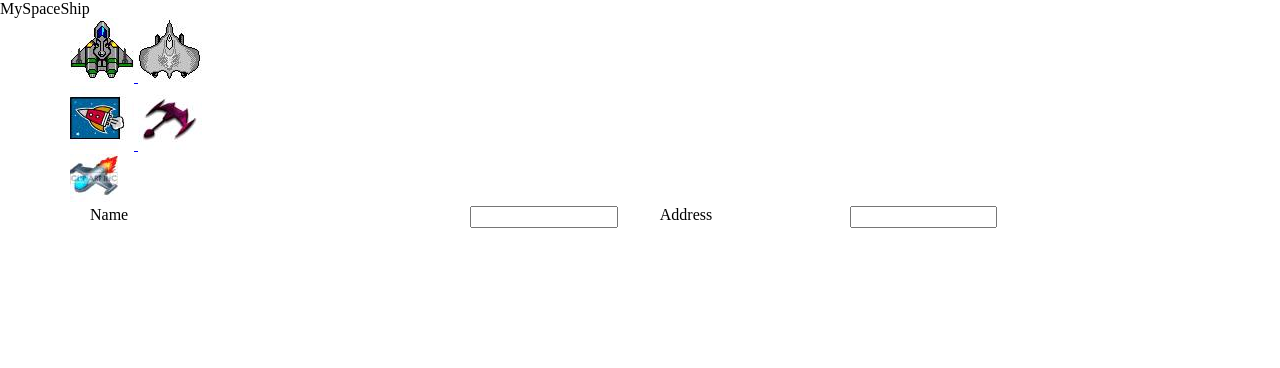
Repository: eudesf/MySpaceShip
Page: MySpaceShip/WebContent/Copy of formlayoutajax.html
An editor plug-in stored every save of this project. The page is shown before and after the next save, followed by the edit.
The browser window is 1280 px wide. The pictures show the whole page.

Above is the page before, as saved 2012-03-19 13:27:10.

### MySpaceShip/WebContent/Copy of formlayoutajax.html
<!DOCTYPE html>

<html>
	<head>
		<meta charset="UTF-8">

		<title>MySpaceShip</title>

		<!--[if lte IE 9]><link rel="stylesheet" href="css/ie.css" type="text/css" media="screen" /><![endif]-->
		<link rel="stylesheet" href="css/1140.css" type="text/css" media="screen" />
		<!-- <link rel="stylesheet" href="css/styles.css" type="text/css" media="screen" /> -->

		<script type="text/javascript" src="js/css3-mediaqueries.js"></script>

		<style>
			html{color:#000;background:#FFF;}body,div,dl,dt,dd,ul,ol,li,h1,h2,h3,h4,h5,h6,pre,code,form,fieldset,legend,input,textarea,p,blockquote,th,td{margin:0;padding:0;}table{border-collapse:collapse;border-spacing:0;}fieldset,img{border:0;}address,caption,cite,code,dfn,em,strong,th,var{font-style:normal;font-weight:normal;}li{list-style:none;}caption,th{text-align:left;}h1,h2,h3,h4,h5,h6{font-size:100%;font-weight:normal;}q:before,q:after{content:'';}abbr,acronym{border:0;font-variant:normal;}sup{vertical-align:text-top;}sub{vertical-align:text-bottom;}input,textarea,select{font-family:inherit;font-size:inherit;font-weight:inherit;}input,textarea,select{*font-size:100%;}legend{color:#000;}

			input {
				width: 100%;

				-webkit-box-sizing: border-box;
				-moz-box-sizing: border-box;
				box-sizing: border-box;
			}
		</style>

	</head>
	<body>

		<header>
			<h2>MySpaceShip</h2>
		</header>

		<div class="container">
			<div class="row">
				<div class="twocol">
					<nav>
						<a href="javascript:void(0)">
							<img src="images/ship1.jpg" alt="ship 1"/>
						</a>
						<a href="javascript:void(0)">
							<img src="images/ship2.jpg" alt="ship 2"/>
						</a>
						<a href="javascript:void(0)">
							<img src="images/ship3.jpg" alt="ship 3"/>
						</a>
						<a href="javascript:void(0)">
							<img src="images/ship4.jpg" alt="ship 4"/>
						</a>
						<a href="javascript:void(0)">
							<img src="images/ship5.jpg" alt="ship 5"/>
						</a>
					</nav>
				</div>
				<section>
					<article>
						<form>
							<div class="container">
								<div class="row">
									<div class="fourcol">
										<label for="name">Name</label>
									</div>
									<div class="twocol">
										<input id="name" class="w100p" type="text" />
									</div>
									<div class="twocol">
										<label for="address">Address</label>
									</div>
									<div class="twocol last">
										<input id="address" type="text"/>
									</div>
								</div>
							</div>
						</form>
					</article>
				</section>
			</div>
		</div>
	</body>
</html>

### MySpaceShip/WebContent/css/1140/1140.css
/* CSS Resets */

html,body,div,span,object,iframe,h1,h2,h3,h4,h5,h6,p,blockquote,pre,a,abbr,address,cite,code,del,dfn,em,img,ins,q,small,strong,sub,sup,dl,dt,dd,ol,ul,li,fieldset,form,label,legend,table,caption,tbody,tfoot,thead,tr,th,td{border:0;margin:0;padding:0}article,aside,figure,figure img,figcaption,hgroup,footer,header,nav,section,video,object{display:block}a img{border:0}figure{position:relative}figure img{width:100%}


/* ==================================================================================================================== */
/* ! The 1140px Grid V2 by Andy Taylor \ http://cssgrid.net \ http://www.twitter.com/andytlr \ http://www.andytlr.com   */
/* ==================================================================================================================== */

.container {
padding-left: 20px;
padding-right: 20px;
}

.row {
width: 100%;
max-width: 1140px;
min-width: 755px;
margin: 0 auto;
overflow: hidden;
}

.onecol, .twocol, .threecol, .fourcol, .fivecol, .sixcol, .sevencol, .eightcol, .ninecol, .tencol, .elevencol {
margin-right: 3.8%;
float: left;
min-height: 1px;
}

.row .onecol {
width: 4.85%;
}

.row .twocol {
width: 13.45%;
}

.row .threecol {
width: 22.05%;
}

.row .fourcol {
width: 30.75%;
}

.row .fivecol {
width: 39.45%;
}

.row .sixcol {
width: 48%;
}

.row .sevencol {
width: 56.75%;
}

.row .eightcol {
width: 65.4%;
}

.row .ninecol {
width: 74.05%;
}

.row .tencol {
width: 82.7%;
}

.row .elevencol {
width: 91.35%;
}

.row .twelvecol {
width: 100%;
float: left;
}

.last {
margin-right: 0px;
}

img, object, embed {
max-width: 100%;
}

img {
	height: auto;
}


/* Smaller screens */

@media only screen and (max-width: 1023px) {

	body {
	font-size: 0.8em;
	line-height: 1.5em;
	}

	}


/* Mobile */

@media handheld, only screen and (max-width: 767px) {

	body {
	font-size: 16px;
	-webkit-text-size-adjust: none;
	}

	.row, body, .container {
	width: 100%;
	min-width: 0;
	margin-left: 0px;
	margin-right: 0px;
	padding-left: 0px;
	padding-right: 0px;
	}

	.row .onecol, .row .twocol, .row .threecol, .row .fourcol, .row .fivecol, .row .sixcol, .row .sevencol, .row .eightcol, .row .ninecol, .row .tencol, .row .elevencol, .row .twelvecol {
	width: auto;
	float: none;
	margin-left: 0px;
	margin-right: 0px;
	padding-left: 20px;
	padding-right: 20px;
	}

}

Loaded but not shown: MySpaceShip/WebContent/js/libs/css3-mediaqueries.js (library)

After the next save:
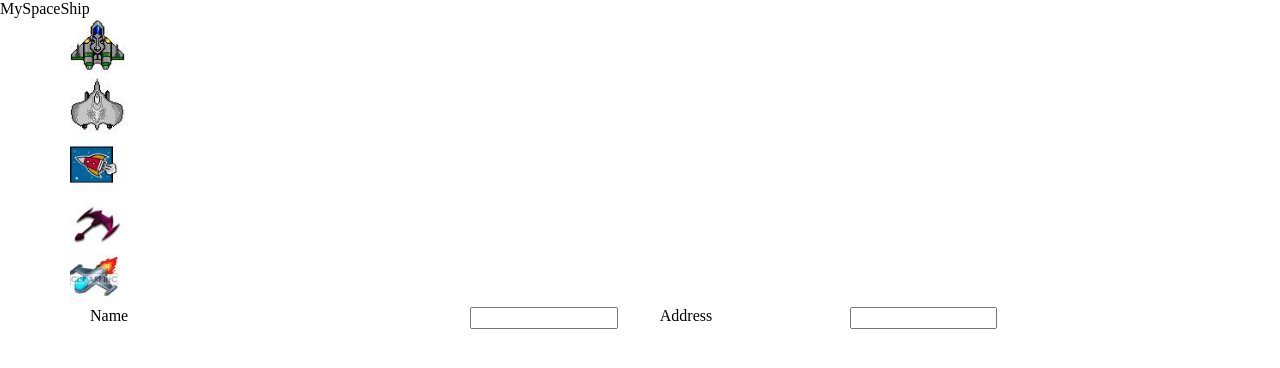
Saved 14 s later.
--- a/MySpaceShip/WebContent/Copy of formlayoutajax.html
+++ b/MySpaceShip/WebContent/Copy of formlayoutajax.html
@@ -33,7 +33,7 @@
 
 		<div class="container">
 			<div class="row">
-				<div class="twocol">
+				<div class="onecol">
 					<nav>
 						<a href="javascript:void(0)">
 							<img src="images/ship1.jpg" alt="ship 1"/>
